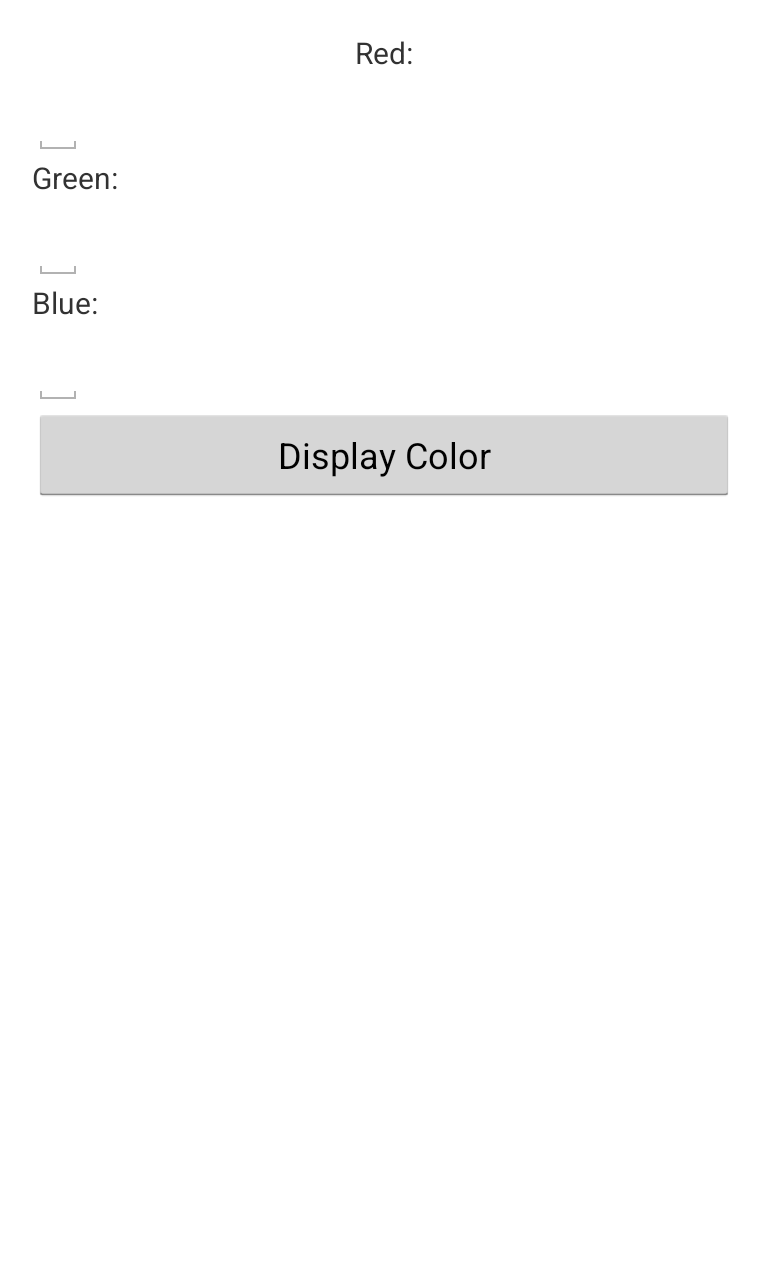
Repository: ek222mw/IDV436_API_Komponent
Layout: labb1_Colours/res/layout/activity_main.xml
An editor plug-in stored every save of this project. The layout is shown before and after the next save, followed by the edit.
It is drawn on a 768 x 1280 px phone screen (xhdpi) without system bars, with theme AppTheme; the app's code is not run.

Above is the layout before, as saved 2014-11-17 14:24:21.

After the next save:
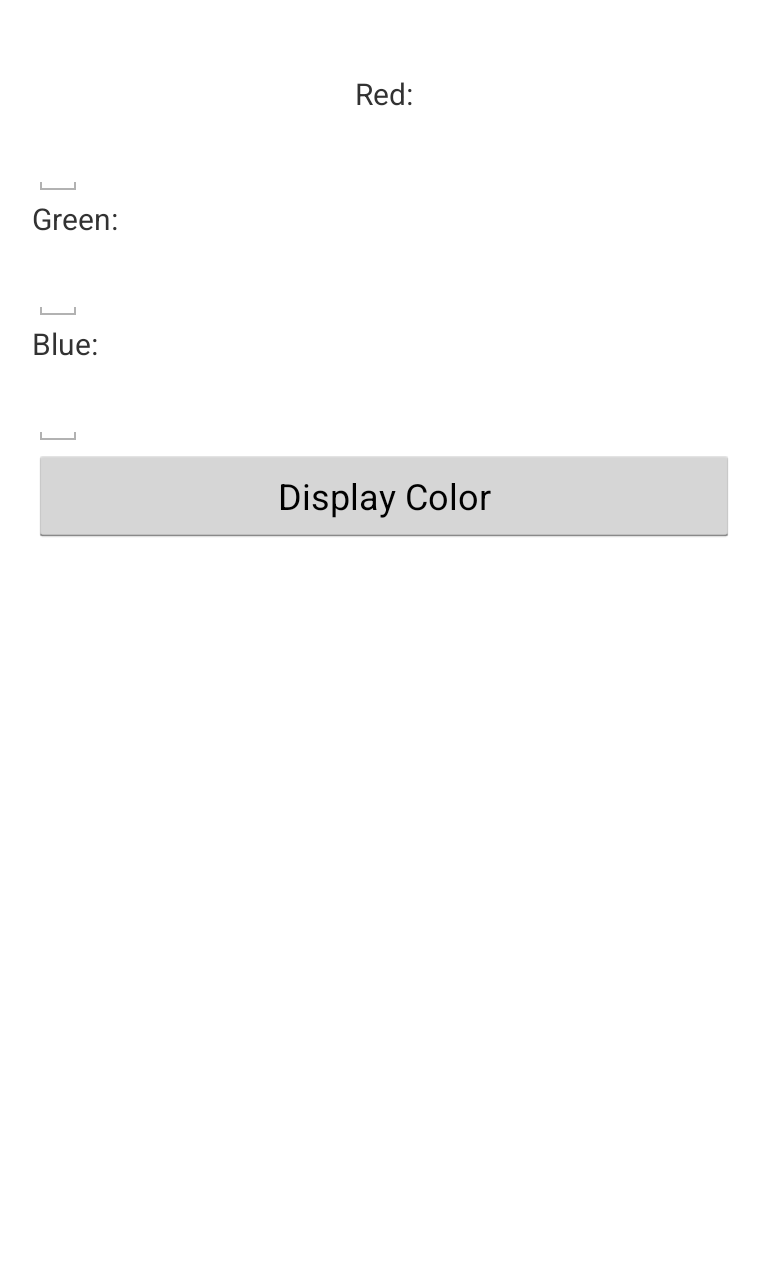
Saved 10 min 6 s later.
--- a/labb1_Colours/res/layout/activity_main.xml
+++ b/labb1_Colours/res/layout/activity_main.xml
@@ -8,6 +8,15 @@
     android:paddingRight="@dimen/activity_horizontal_margin"
     android:paddingTop="@dimen/activity_vertical_margin"
     tools:context="com.example.randomize.RandomNum" >
+
+    <TextView
+       android:id="@+id/result"
+        android:layout_width="wrap_content"
+        android:layout_height="wrap_content"
+        android:text="@string/result"
+        android:layout_gravity="center"
+        android:textSize="15sp"
+         />
 
 
 
--- a/labb1_Colours/res/values/strings.xml
+++ b/labb1_Colours/res/values/strings.xml
@@ -2,6 +2,7 @@
 <resources>
 
     <string name="app_name">labb1_Colours</string>
+    <string name="result"></string>
     <string name="red">Red:</string>
     <string name="edit_text_red"></string>
     <string name="green">Green:</string>
